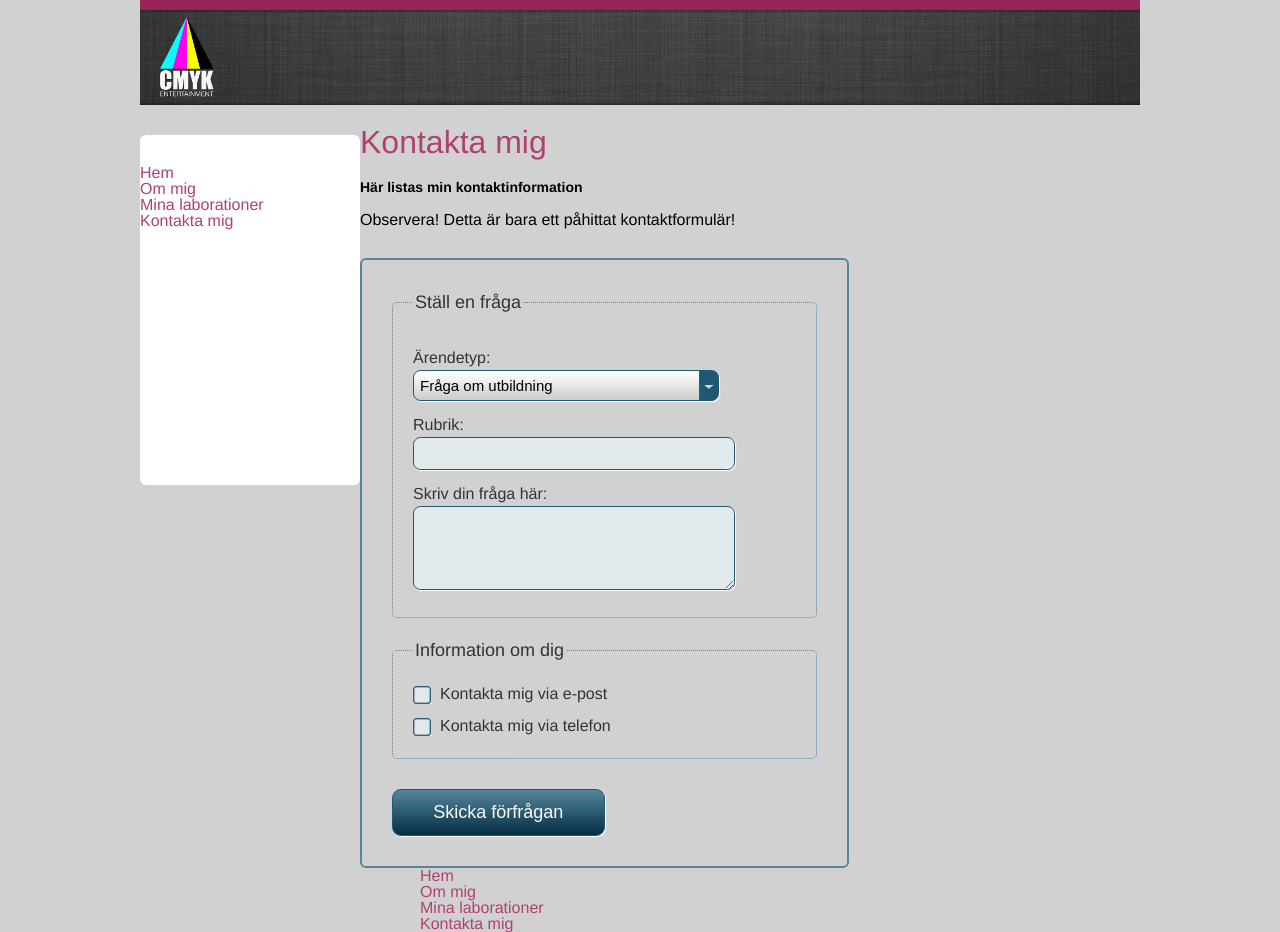
Repository: Holmewi/1ik415-jh222qr-laborationer
Page: pages/kontakt.html
The author's editor kept a record of every edit. The page is drawn from the files as they stood at one moment, then again after the next edit.
The browser window is 1280 px wide. The pictures show the whole page.

Above is the page before.

After the next edit:
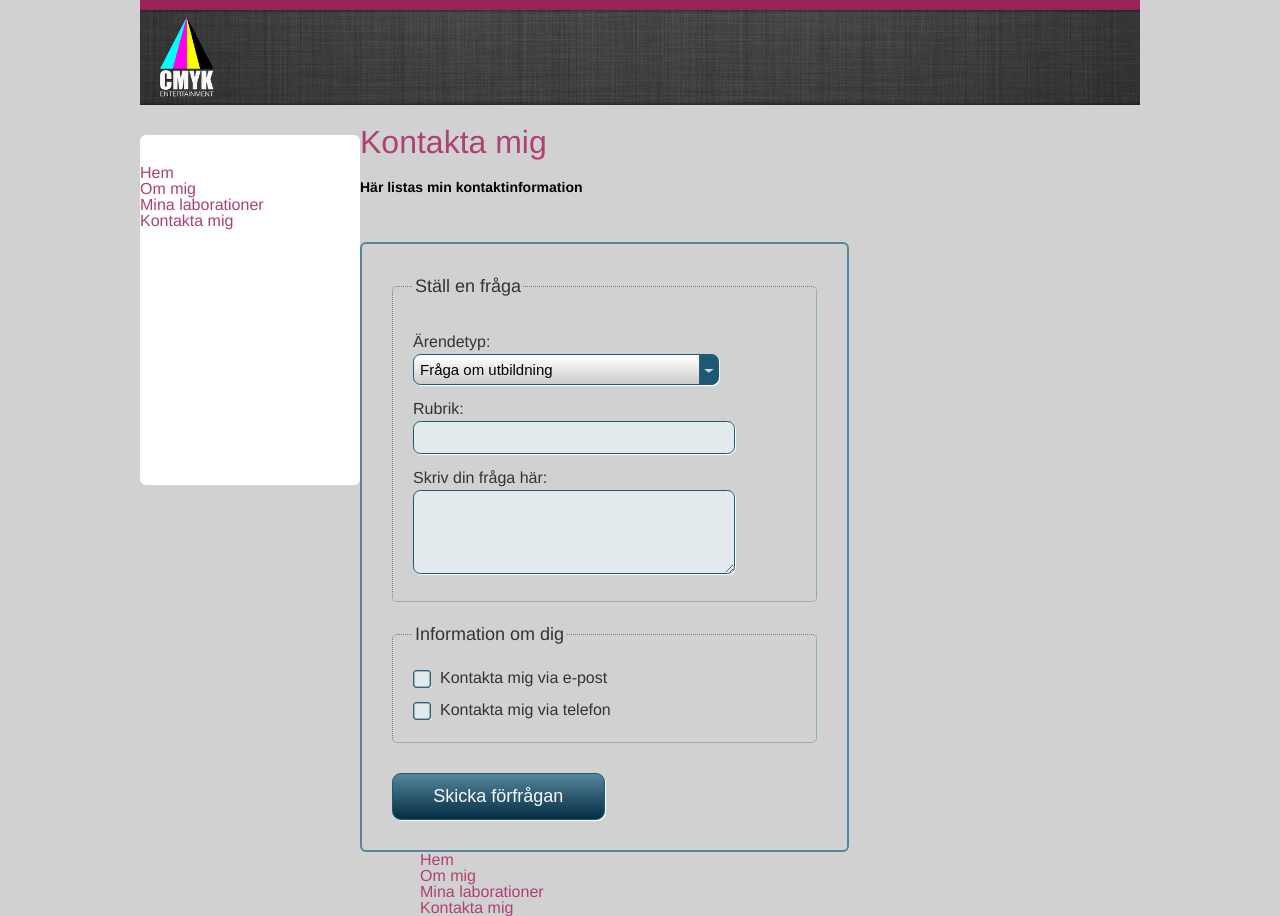
The edit:
--- a/pages/kontakt.html
+++ b/pages/kontakt.html
@@ -40,7 +40,7 @@
                     <h4>Här listas min kontaktinformation</h4>
                 </div>
                 <div class="form">
-                    <p>Observera! Detta är bara ett påhittat kontaktformulär!</p>
+
 
                     <a id="kontaktform" class="print_nolink"></a>
                     <form id="input" action="http://voyager.lnu.se/tekinet/kurser/dtt/wp_webbintro/form.php" method="POST" name="ContactForm">

After the edit that followed:
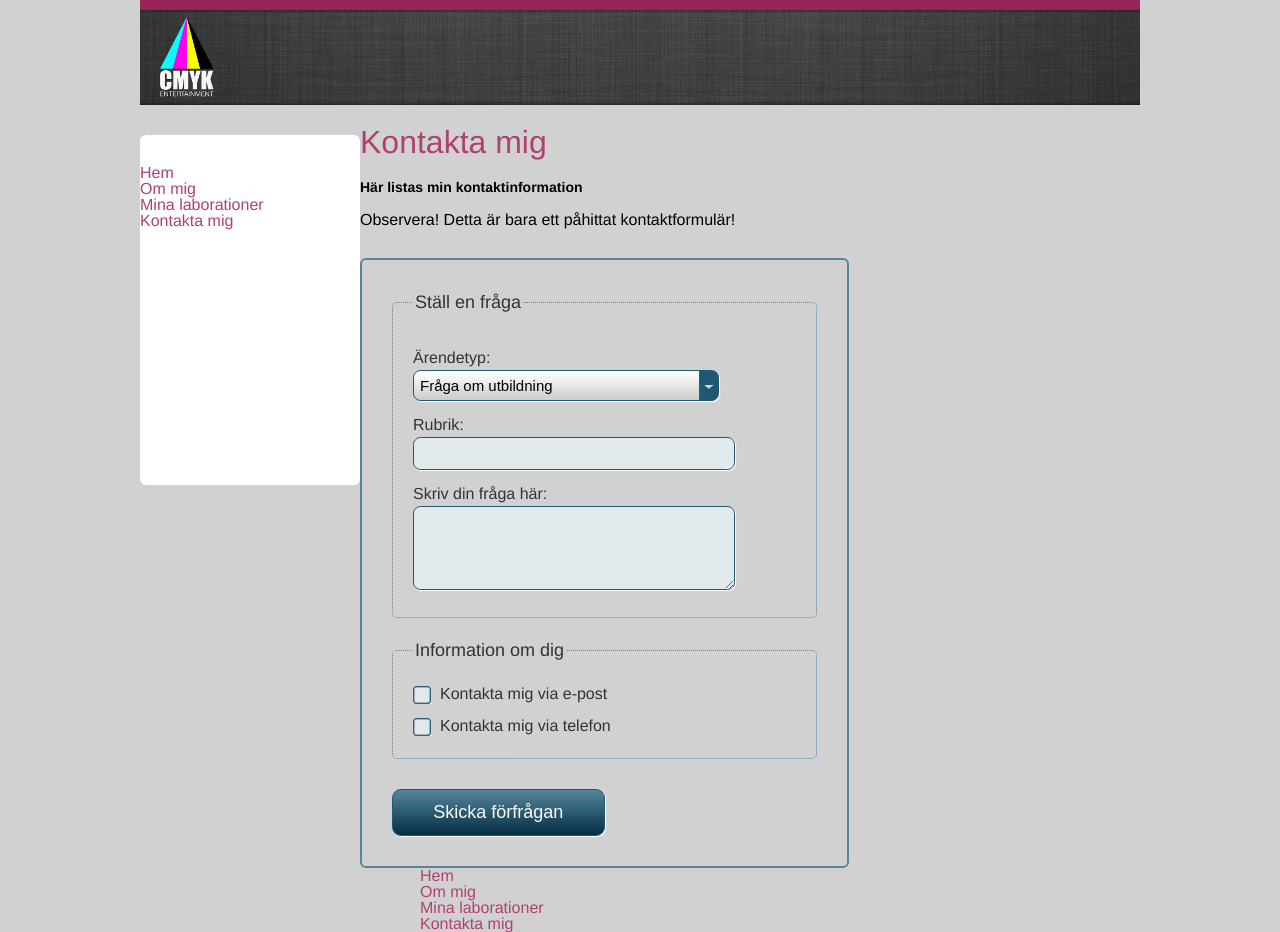
The edit:
--- a/pages/kontakt.html
+++ b/pages/kontakt.html
@@ -38,6 +38,7 @@
                 <div id="contentTop">
                     <h1>Kontakta mig</h1>
                     <h4>Här listas min kontaktinformation</h4>
+                    <p>Observera! Detta är bara ett påhittat kontaktformulär!</p>
                 </div>
                 <div class="form">
 
